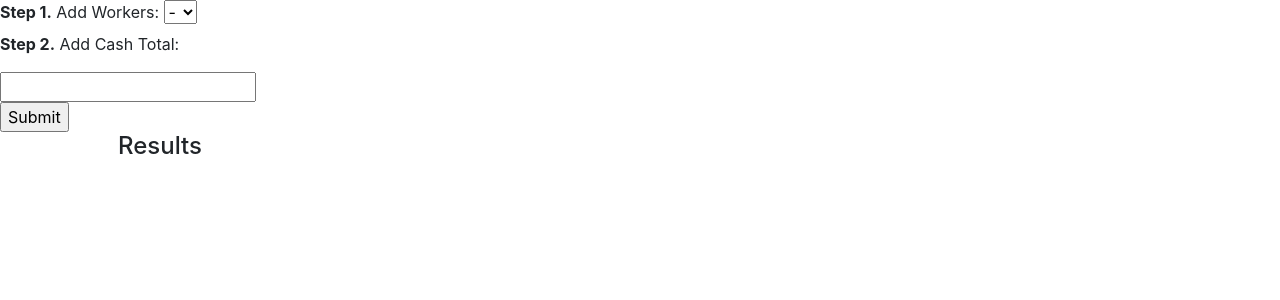
Repository: PBillingsby/on-the-fly
Page: on-the-fly-frontend/index.html
An editor plug-in stored every save of this project. The page is shown before and after the next save, followed by the edit.
The browser window is 1280 px wide. The pictures show the whole page.

Above is the page before, as saved 2020-07-13 16:21:19.

### on-the-fly-frontend/index.html
<!DOCTYPE html>
<html lang="en">
<head>
  <meta charset="UTF-8">
  <meta name="viewport" content="width=device-width, initial-scale=1.0">
  <meta http-equiv="X-UA-Compatible" content="ie=edge">
  <link rel="stylesheet" href="https://stackpath.bootstrapcdn.com/bootstrap/4.3.1/css/bootstrap.min.css" integrity="sha384-ggOyR0iXCbMQv3Xipma34MD+dH/1fQ784/j6cY/iJTQUOhcWr7x9JvoRxT2MZw1T" crossorigin="anonymous">
  <link rel="stylesheet" href="css/style.css">
  <script src="scripts/tipScript.js"></script>
  <title>Document</title>
</head>
<body>
  <div class="tip-calculator">
    <div id="worker-form" class="mx-auto">
      <label><strong>Step 1.</strong> Add Workers:</label>
      <select name="worker" id="addworker" onchange="addWorker(value)">
        <option value="-" disable>-</option>
        <option value="1">1</option>
        <option value="2">2</option>
        <option value="3">3</option>
        <option value="4">4</option>
        <option value="5">5</option>

      </select>

      <form id="form-block">
      </form>
      <p><strong>Step 2.</strong> Add Cash Total:</p><input type="number" placeholder="" id="cashTips"></span>
      <input type="submit" placeholder="Add Cash" onclick="calculateTips()">

    </div>
    <div id="results" class="mx-auto">
      <h4 class="text-center">Results</h4>
    </div>
  </div>
</body>
</html>

### on-the-fly-frontend/css/style.css
.container {
  background-color: rgb(254, 255, 190);
  margin: 10vh;
  display: grid;
  grid-template-columns: 1fr 1fr;
  border: 1px solid black;
  padding: 100px;
}

.tip-calculator {
  width: 25vw;
}
@media(max-width: 640px) {
  .container {
    width: 75%;
    display: block;
    text-align: center;
    padding: 25px;
  }
  #worker-form {
    padding: 10px;
  }
}

### on-the-fly-frontend/scripts/tipScript.js
function addWorker(value) {
  const form = document.getElementById('form-block');
  form.addEventListener("submit", () => {
    event.preventDefault();
  })
  for (i = 0; i < value; i++) {
    const newForm = `
  <div id="worker[${i + 1}]" class="worker-div">
    <h4>Worker ${i + 1}</h4>
    <div class="form-group">
      <input type="text" name="worker" class="" placeholder="Worker Name">
    </div>
    <div class="form-group">
      <input type="number" name="hours" placeholder="Hours Worked">
    </div>
  </div>`;
    document.getElementById('form-block').innerHTML += newForm;
  }
  if (document.getElementById('form-block').childNodeCount > 0) {
      event.preventDefault();
      }
}

function calculateTips() {
  let workers = [];
  let cashTip = parseInt(document.getElementById('cashTips').value)
  for (let i = 0; i < document.getElementsByClassName('worker-div').length; i++) {
    let workerInfo = {
      name: document.getElementById(`worker[${i + 1}]`).querySelector('input').value,
      hours: parseInt(document.getElementById(`worker[${i + 1}]`).querySelectorAll('input')[1].value) // Multiply by hourly
    }
    workers.push(workerInfo)
  }
  returnTips(workers, cashTip);
}

function returnTips(arr, cashTips) {
  let count = 0;
  arr.forEach(obj => count += obj.hours)
  const hourly = cashTips / count;
  arr.forEach(worker => {
    document.getElementById('results').innerHTML = `<h4>${worker.name} you made $${parseFloat(worker.hours * hourly).toFixed(2)}</h4>`;
  })
  document.getElementById('results').innerHTML += ` <button type="submit" onclick="refreshPage()">Reload</button>`
}

After the next save:
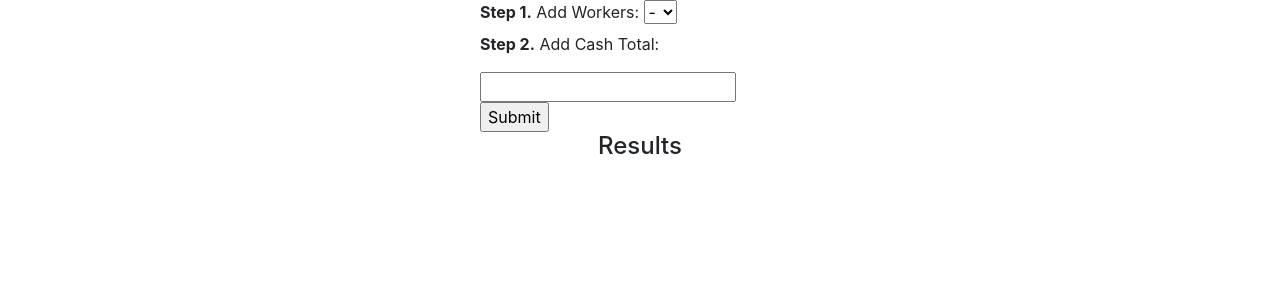
Saved 7 s later.
--- a/on-the-fly-frontend/index.html
+++ b/on-the-fly-frontend/index.html
@@ -10,7 +10,7 @@
   <title>Document</title>
 </head>
 <body>
-  <div class="tip-calculator">
+  <div class="tip-calculator mx-auto">
     <div id="worker-form" class="mx-auto">
       <label><strong>Step 1.</strong> Add Workers:</label>
       <select name="worker" id="addworker" onchange="addWorker(value)">
